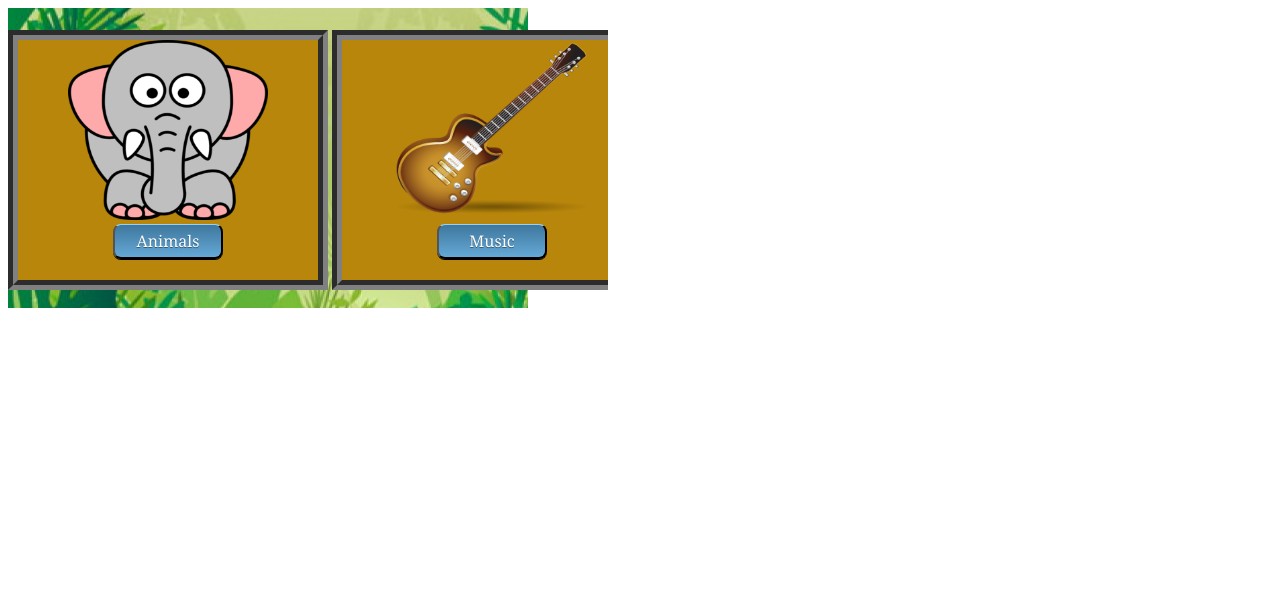
Repository: RathipriyaChandrasekaran/dotlite
Page: ConnectDots/menupage.html
These files come from the project's save history. The page is drawn as it stood at one moment and after the next save; the edit follows.
The browser window is 1280 px wide. The pictures show the whole page.

Above is the page before, as saved 2014-12-14 19:54:18.

### ConnectDots/menupage.html
<!DOCTYPE html>
<html>
<head>
     <meta charset="utf-8" />
     <meta name="viewport" content="width=device-width, initial-scale=1.0, maximum-scale=1.0">
     <link rel="stylesheet" type="text/css" href="css/menupage.css"/>
     <script src="js/main.js"></script>
</head>
<body>

 <div id="scroll" class="scope" >

   <div id="filmstrip" class="filmstrip" style= "width:1300px !important;">
    <div id="animallearning" class="scrollable" onclick="animalpage()">
     <img src="images/elephants.png"></img>
     <button class="button" style="width:110px !important;" >Animals</button>
    </div>
    <div id="musiclearning" class="scrollable">
     <img src="images/guitar.png"></img>
     <button class="button" style="width:110px !important;" >Music</button>
    </div>
    <div id="fruitslearning" class="scrollable">
     <img src="images/fruits.png"></img>
     <button class="button" style="width:110px !important;">Fruits</button>
    </div>

   </div>
 </div>
 <canvas id="canvas" width="520px" height="300px"> </canvas>

 <script>
 var points=new Array();
 var canvas = document.getElementById('canvas');
 var context = canvas.getContext('2d');
 var height = 300;
 var width = 520;

 context.beginPath();
 context.rect(1, 1, width, height);
 context.fill();
 context.lineWidth = 1;
 context.strokeStyle = 'black';
 context.stroke();

 function loadCanvas(dataURL, _cb) {

     // load image from data url
     var imageObj = new Image();
     imageObj.onload = function() {
         var imgWidth = this.width;
         var imgHeight = this.height;
         var posX = (width - imgWidth)/2;
         var posY = (height - imgHeight)/2;
         context.drawImage(this, -5, posY + 10);
         if (_cb) _cb();
     };

     imageObj.src = dataURL;
 }

loadCanvas("images/jungle.png", function() {

});

function animalpage(){
	window.location.href="animals.html";
}


 </script>
</body>
</html>

### ConnectDots/css/menupage.css
.scope{
     position: absolute;
     top: 30px;
     width:600px;
     overflow-x:scroll;
     overflow-y:hidden;
   }

.scrollable{
      cursor: pointer;
      background-color: #B8860B;
      width: 500px;
      height: 240px;
      position: relative;
      border: 10px solid grey;
      border-style: groove;
    }


.filmstrip>div {
  width:300px !important;
  display:inline-block;
  text-align:center;
}

img{
	position: center;
	top:15px;
	width:200px;
	height: 180px;
}

 #homebutton{
	 width:50px;
	 height:50px;
}
.button {
   border-top: 1px solid #96d1f8;
   background: #D2691E;
   background: -webkit-gradient(linear, left top, left bottom, from(#3e779d), to(#65a9d7));
   background: -webkit-linear-gradient(top, #3e779d, #65a9d7);
   background: -moz-linear-gradient(top, #3e779d, #65a9d7);
   background: -ms-linear-gradient(top, #3e779d, #65a9d7);
   background: -o-linear-gradient(top, #3e779d, #65a9d7);
   padding: 5px 10px;
   -webkit-border-radius: 8px;
   -moz-border-radius: 8px;
   border-radius: 8px;
   -webkit-box-shadow: rgba(0,0,0,1) 0 1px 0;
   -moz-box-shadow: rgba(0,0,0,1) 0 1px 0;
   box-shadow: rgba(0,0,0,1) 0 1px 0;
   text-shadow: rgba(0,0,0,.4) 0 1px 0;
   color: white;
   font-size: 16px;
   font-family: Georgia, serif;
   text-decoration: none;
   vertical-align: middle;
   }
.button:hover {
   border-top-color: #28597a;
   background: #28597a;
   color: #ccc;
   }
.button:active {
   border-top-color: #1b435e;
   background: #D2691E;
   }

### ConnectDots/js/main.js
var startTime;
var checkTime;

//Initialize function
var init = function () {
	// TODO:: Do your initialization job
	console.log("init() called");

	// add eventListener for tizenhwkey
	document.addEventListener('tizenhwkey', function(e) {
		if(e.keyName == "back") {
			try {
				tizen.application.getCurrentApplication().exit();
			} catch (error) {
				console.error("getCurrentApplication(): " + error.message);
			}
		}
	});
};
// window.onload can work without <body onload="">
window.onload = init;

function startTime() {
	var today = new Date();
	var h = today.getHours();

	var m = today.getMinutes();
	var s = today.getSeconds();
	m = checkTime(m);
	s = checkTime(s);
	document.getElementById('divbutton1').innerHTML="Current time: " + h + ":" + m + ":" + s;
	var t = setTimeout(startTime, 250);
}

function checkTime(i) {
	if (i < 10) {
		i="0" + i;
	}
	return i;
}

After the next save:
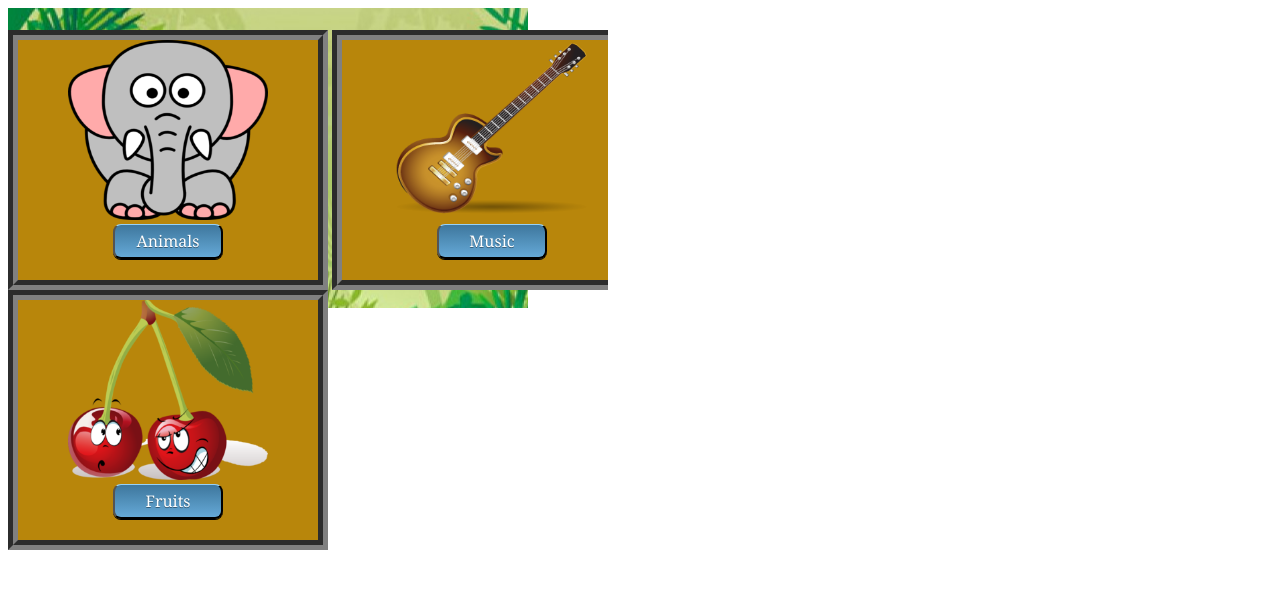
Saved 48 s later.
--- a/ConnectDots/menupage.html
+++ b/ConnectDots/menupage.html
@@ -10,7 +10,7 @@
 
  <div id="scroll" class="scope" >
 
-   <div id="filmstrip" class="filmstrip" style= "width:1300px !important;">
+   <div id="filmstrip" class="filmstrip" style= "width:900px !important;">
     <div id="animallearning" class="scrollable" onclick="animalpage()">
      <img src="images/elephants.png"></img>
      <button class="button" style="width:110px !important;" >Animals</button>

After the save that followed:
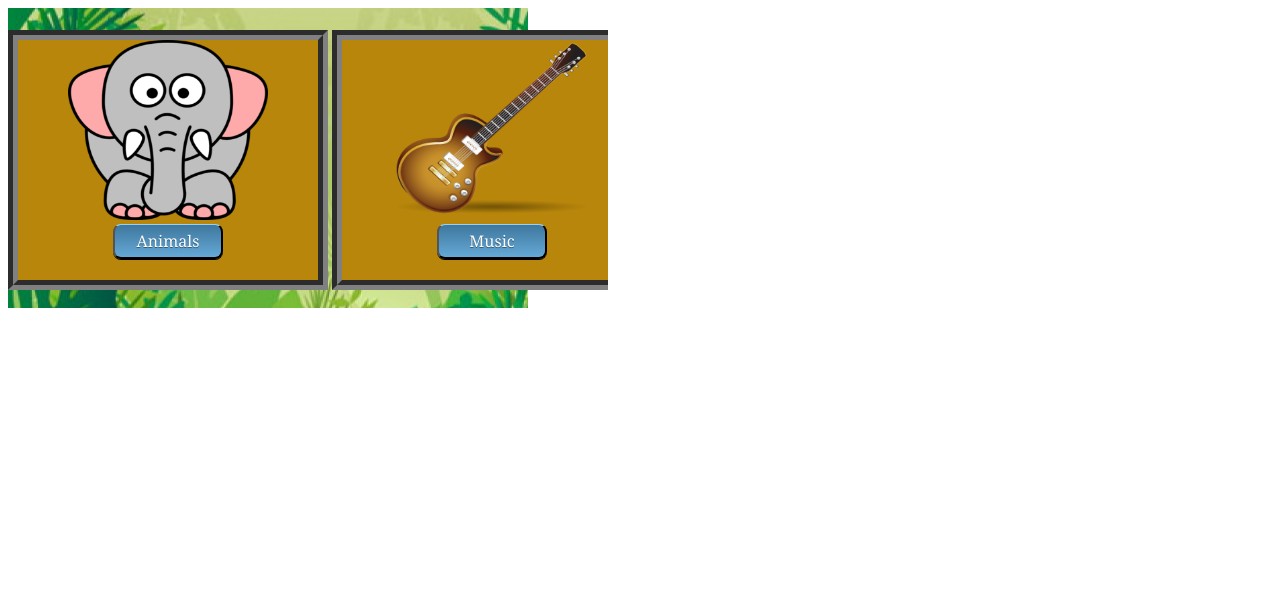
Saved 45 s later.
--- a/ConnectDots/menupage.html
+++ b/ConnectDots/menupage.html
@@ -10,7 +10,7 @@
 
  <div id="scroll" class="scope" >
 
-   <div id="filmstrip" class="filmstrip" style= "width:900px !important;">
+   <div id="filmstrip" class="filmstrip" style= "width:1000px !important;">
     <div id="animallearning" class="scrollable" onclick="animalpage()">
      <img src="images/elephants.png"></img>
      <button class="button" style="width:110px !important;" >Animals</button>
